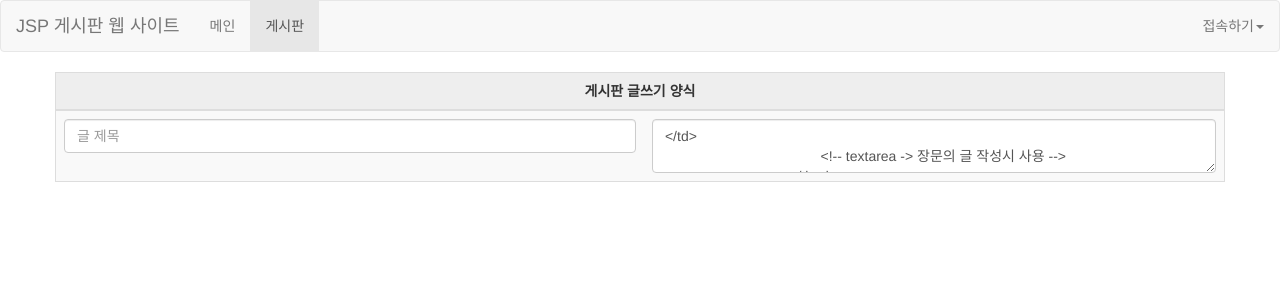
Repository: tykwon97/JSP
Page: http://localhost/BBS/view.jsp
The author's editor kept a copy of each file at every save. The page is drawn from the files as they stood at one save, then again after the next save.
The browser window is 1280 px wide. The pictures show the whole page.
Some web libraries are served in a nearby version. The page is served by Tomcat 9. Other server files are loaded and not shown.

Above is the page before, as saved 2021-01-28 15:40:44.

### projects/BBS/WebContent/view.jsp
<%@ page language="java" contentType="text/html; charset=UTF-8"
	pageEncoding="UTF-8"%>
<%@ page import="java.io.PrintWriter"%>
<!-- 라이브러리를 불러오기 위함 -->
<!DOCTYPE html>
<html>
<head>
<meta http-equiv="Content-Type" content="text/html ; charset=UTF-8">
<meta name="viewport" content="width=device-width" , initial-scale="1">
<link rel="stylesheet" href="css/bootstrap.css">
<title>JSP 게시판 웹 사이트</title>
</head>
<body>
	<%
		String userID = null;
	if (session.getAttribute("userID") != null) {
		userID = (String) session.getAttribute("userID");
	}
	%>
	<nav class="navbar navbar-default">
		<div class="navbar-header">
			<button type="button" class="navbar-toggle collapsed"
				data-toggle="collapse" data-target="#bs-example-navbar-collapse-1"
				aria-expanded="false">
				<span class="icon-bar"></span> <span class="icon-bar"></span> <span
					class="icon-bar"></span>
			</button>
			<a class="navbar-brand" href="main.jsp">JSP 게시판 웹 사이트</a>
		</div>
		<div class="collapse navbar-collapse"
			id="bs-example-navbar-collapse-1">
			<ul class="nav navbar-nav">
				<li><a href="main.jsp">메인</a></li>
				<li class="active"><a href="bbs.jsp">게시판</a></li>	<!-- class="active" : 현재 선택이 됨 -->
			</ul>
			<%
				if (userID == null) {
			%>
			<ul class="nav navbar-nav navbar-right">
				<li class="dropdown"><a href="#" class="dropdown-toggle"
					data-toggle="dropdown" role="button" aria-haspopup="true"
					aria-expanded="false"> 접속하기<span class="caret"></span></a> <!-- 아이콘 -->
					<ul class="dropdown-menu">
						<li><a href="login.jsp">로그인</a></li>
						<li><a href="join.jsp">회원가입</a></li>
					</ul></li>
			</ul>
			<%
				} else { //로그인 되어 있는 사람
			%>
			<ul class="nav navbar-nav navbar-right">
				<li class="dropdown"><a href="#" class="dropdown-toggle"
					data-toggle="dropdown" role="button" aria-haspopup="true"
					aria-expanded="false"> 회원관리<span class="caret"></span></a> <!-- 아이콘 -->
					<ul class="dropdown-menu">
						<li><a href="logoutAction.jsp">로그아웃</a></li>
					</ul></li>
			</ul>
			<%
				}
			%>
		</div>
	</nav>

	<!--  게시판 화면 넣어주기 -->
	<div class="container">
		<div class="row">
			<table class="table table-striped" style="text-align: center; border :1px solid #dddddd">
			<!-- table table-striped 줄별로 보기 좋게 음영처리 -->
				<thead> <!-- 테이블의 제목 -->
					<tr> <!-- 테이블의 하나의 행(한 줄) -->
						<th colspan="2" style="background-color : #eeeeee; text-align:center;">게시판 글쓰기 양식</th>
						<!-- colspan="2" 2개 만큼의 열 차지 -->
					</tr>
				</thead>
				<tbody>
					<td><input type="text" class="form-control" placeholder="글 제목" name="bbsTitle" maxlength="50"></td>
					<td><textarea type="text" class="form-control" placeholder="글 제목" name="bbsTitle" maxlength="50"></td>
					<!-- textarea -> 장문의 글 작성시 사용 -->
				</tbody>
			</table>
			<a href="write.jsp" class="btn btn-primary pull-right">글쓰기</a>
		</div>
	</div>



	<script src="https://code.jquery.com/jquery-3.1.1.min.js"></script>
	<script src="js/bootstrap.js"></script>
</body>
</html>

Loaded but not shown: projects/BBS/WebContent/css/bootstrap.css (library); projects/BBS/WebContent/js/bootstrap.js (library)

After the next save:
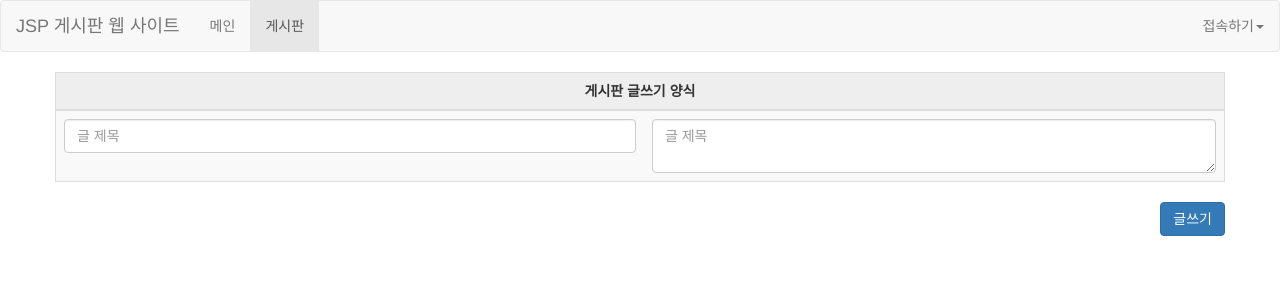
Saved 9 s later.
--- a/projects/BBS/WebContent/view.jsp
+++ b/projects/BBS/WebContent/view.jsp
@@ -75,7 +75,7 @@
 				</thead>
 				<tbody>
 					<td><input type="text" class="form-control" placeholder="글 제목" name="bbsTitle" maxlength="50"></td>
-					<td><textarea type="text" class="form-control" placeholder="글 제목" name="bbsTitle" maxlength="50"></td>
+					<td><textarea type="text" class="form-control" placeholder="글 제목" name="bbsTitle" maxlength="50"></textarea></td>
 					<!-- textarea -> 장문의 글 작성시 사용 -->
 				</tbody>
 			</table>
